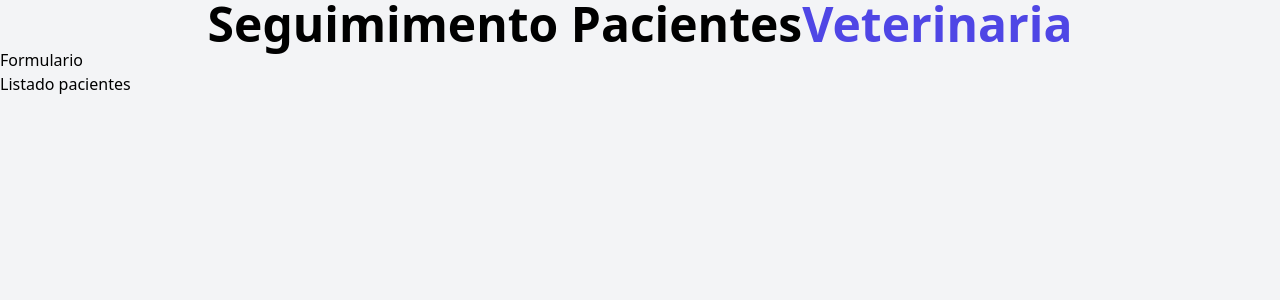
Repository: rlaureano/citas_react
Page: /
An editor plug-in stored every save of this project. The page is shown before and after the next save, followed by the edit.
The browser window is 1280 px wide. The pictures show the whole page.
The project was rebuilt for these pictures with package versions that can differ from the ones it lists, and the page was loaded fresh each time. Also part of the build but not shown: vite.config.js.

Above is the page before, as saved 2022-01-11 21:34:30.

After the next save:
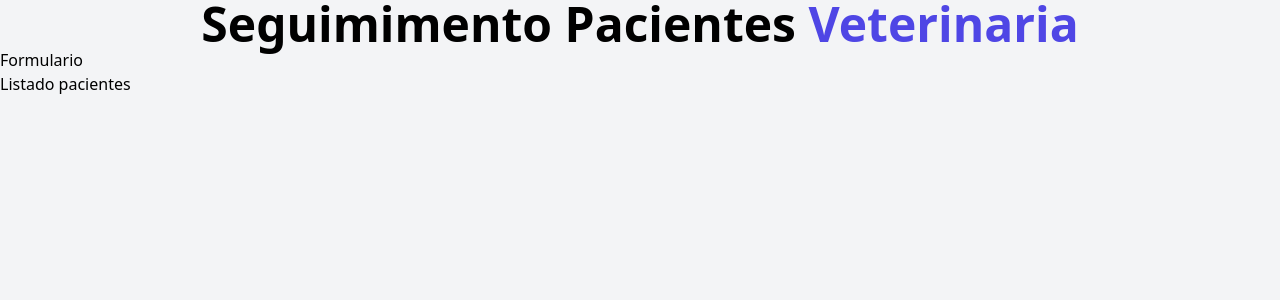
Saved 13 s later.
--- a/src/components/Header.jsx
+++ b/src/components/Header.jsx
@@ -2,7 +2,7 @@ function Header() {
   return (
 
       <h1 className="font-black text-5xl text-center">Seguimimento Pacientes
-        <span className="text-indigo-600">Veterinaria</span>
+        <span className="text-indigo-600"> Veterinaria</span>
       </h1>
 
   )
